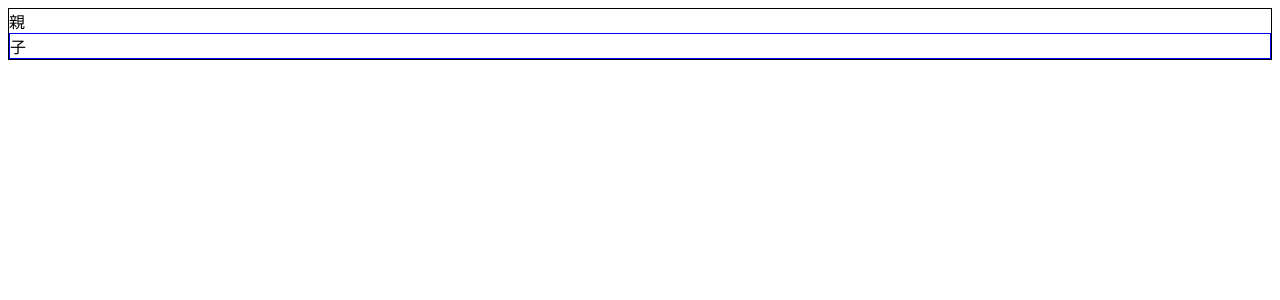
Repository: Mami-mo/samurai_HTML-CSS
Page: Lesson5/pd_mg.html
The author's editor kept a record of every edit. The page is drawn from the files as they stood at one moment, then again after the next edit.
The browser window is 1280 px wide. The pictures show the whole page.

Above is the page before.

After the next edit:
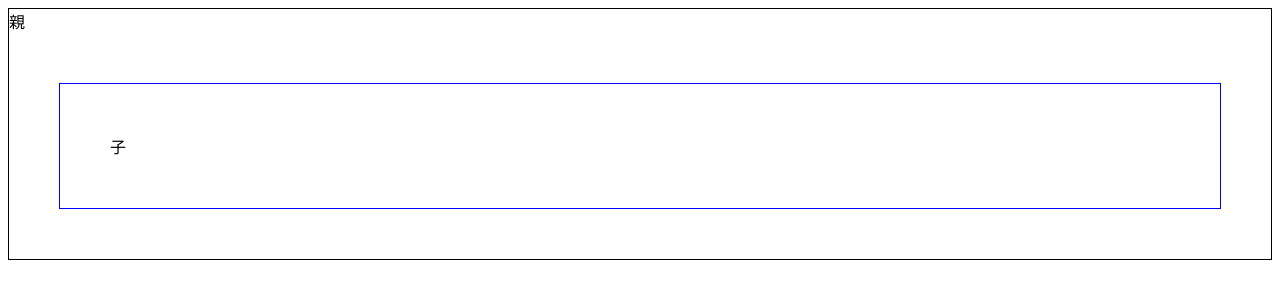
The edit:
--- a/Lesson5/pd_mg.html
+++ b/Lesson5/pd_mg.html
@@ -8,7 +8,7 @@
     <body>
         <div style="border: solid 1px #000;">
             親
-            <div style="border: solid 1px #0000ff">
+            <div style="border: solid 1px #0000ff;padding:50px;margin:50px;">
                 子
             </div>
         </div>
